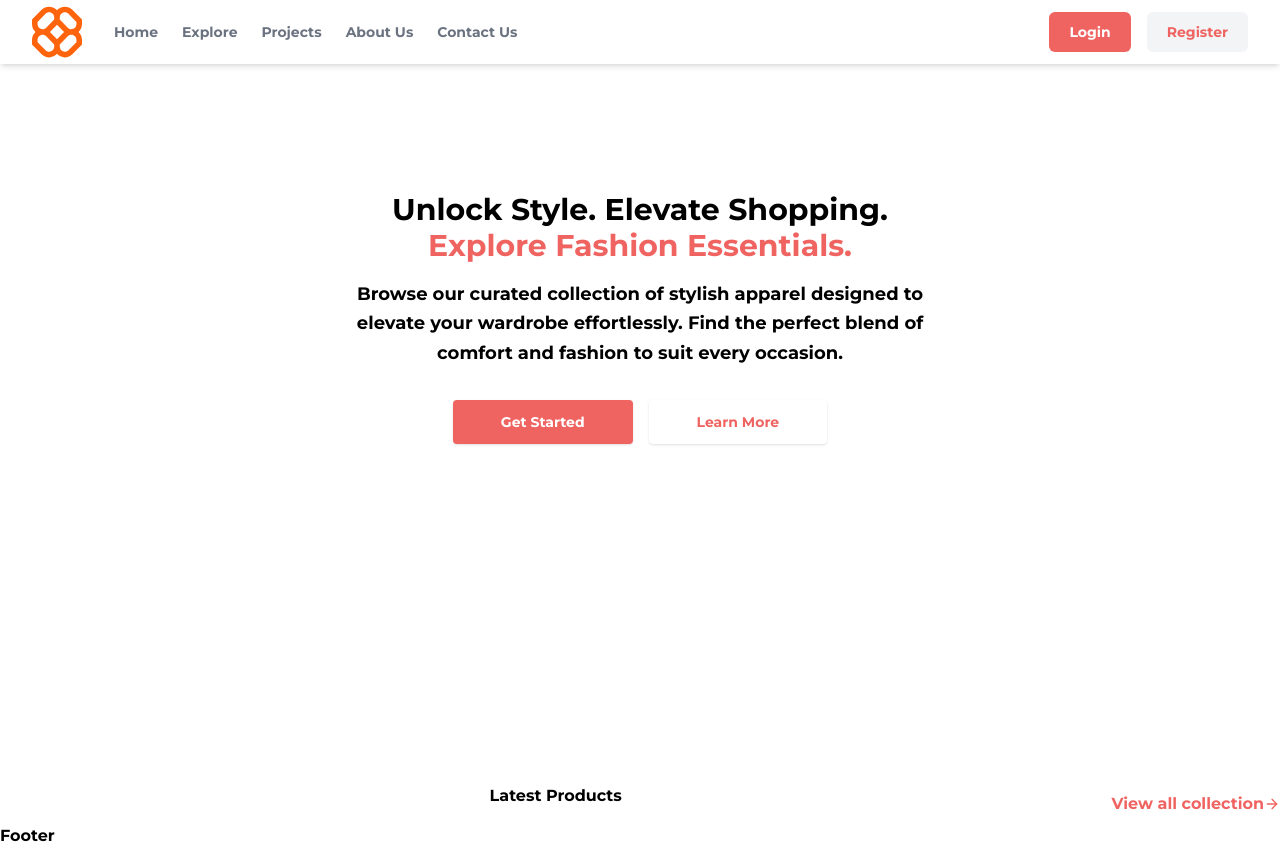
Repository: YahiaSala7/E-commerce-Project
Page: / (app in ecommerce/)
An editor plug-in stored every save of this project. The page is shown before and after the next save, followed by the edit.
The browser window is 1280 px wide. The pictures show the whole page.
The page's requests for data from a server got no answer. The project was rebuilt for these pictures with package versions that can differ from the ones it lists, and the page was loaded fresh each time. The framework's server and built-in components were replaced by stand-ins that run in the browser. No one was signed in, and anything a server would have sent is missing. Also part of the build but not shown: ecommerce/next.config.mjs, ecommerce/app/_Components/ProductItem.jsx.

Above is the page before, as saved 2024-07-26 02:09:46.

### ecommerce/app/layout.js
import { Montserrat } from "next/font/google";
import "./globals.css";
import Header from "./_Components/Header";
import Footer from "./_Components/Footer";

const inter = Montserrat({ subsets: ["latin"], weight: "700" });

export const metadata = {
  title: "Create Next App",
  description: "Generated by create next app",
};

export default function RootLayout({ children }) {
  return (
    <html lang="en">
      <body className={inter.className}>
        <Header />
        {children}
        <Footer />
      </body>
    </html>
  );
}

### ecommerce/app/page.js
import Image from "next/image";
import Hero from "./_Components/Hero";
import ProductsSection from "./_Components/ProductsSection";

export default function Home() {
  return (
    <div className="home">
      <Hero />
      <ProductsSection />
    </div>
  );
}

### ecommerce/app/globals.css
@tailwind base;
@tailwind components;
@tailwind utilities;

:root {
  /* --foreground-rgb: 0, 0, 0; */
  /* --background-start-rgb: 214, 219, 220;
  --background-end-rgb: 255, 255, 255; */
}

@media (prefers-color-scheme: dark) {
  :root {
    /* --foreground-rgb: 0, 0, 0; */
    /* --background-start-rgb: 0, 0, 0;
    --background-end-rgb: 0, 0, 0; */
  }
}

body {
  color: rgb(var(--foreground-rgb));
  background: linear-gradient(
      to bottom,
      transparent,
      rgb(var(--background-end-rgb))
    )
    rgb(var(--background-start-rgb));
}

@layer utilities {
  .text-balance {
    text-wrap: balance;
  }
}

### ecommerce/app/_Components/Header.jsx
import React from "react";
function Header() {
  return (
    <header className="bg-white shadow-md">
      <div className=" flex h-16 max-w-screen-xl items-center gap-8 container mx-auto px-4 sm:px-6 lg:px-8">
        <img src="/logo.svg" width={"50px"} height={"50px"} />

        <div className="flex flex-1 items-center justify-end md:justify-between">
          <nav aria-label="Global" className="hidden md:block">
            <ul className="flex items-center gap-6 text-sm">
              <li>
                <a
                  className="text-gray-500 transition hover:text-gray-500/75"
                  href="#">
                  {" "}
                  Home{" "}
                </a>
              </li>

              <li>
                <a
                  className="text-gray-500 transition hover:text-gray-500/75"
                  href="#">
                  {" "}
                  Explore{" "}
                </a>
              </li>

              <li>
                <a
                  className="text-gray-500 transition hover:text-gray-500/75"
                  href="#">
                  {" "}
                  Projects{" "}
                </a>
              </li>

              <li>
                <a
                  className="text-gray-500 transition hover:text-gray-500/75"
                  href="#">
                  {" "}
                  About Us{" "}
                </a>
              </li>

              <li>
                <a
                  className="text-gray-500 transition hover:text-gray-500/75"
                  href="#">
                  {" "}
                  Contact Us{" "}
                </a>
              </li>
            </ul>
          </nav>

          <div className="flex items-center gap-4">
            <div className="sm:flex sm:gap-4">
              <a
                className="block rounded-md bg-primary px-5 py-2.5 text-sm font-medium text-white transition hover:bg-secondary "
                href="#">
                Login
              </a>

              <a
                className="hidden rounded-md bg-gray-100 px-5 py-2.5 text-sm font-medium text-primary transition hover:text-secondary sm:block"
                href="#">
                Register
              </a>
            </div>

            <button className="block rounded bg-gray-100 p-2.5 text-gray-600 transition hover:text-gray-600/75 md:hidden">
              <span className="sr-only">Toggle menu</span>
              <svg
                xmlns="http://www.w3.org/2000/svg"
                className="h-5 w-5"
                fill="none"
                viewBox="0 0 24 24"
                stroke="currentColor"
                strokeWidth="2">
                <path
                  strokeLinecap="round"
                  strokeLinejoin="round"
                  d="M4 6h16M4 12h16M4 18h16"
                />
              </svg>
            </button>
          </div>
        </div>
      </div>
    </header>
  );
}

export default Header;

### ecommerce/app/_Components/Hero.jsx
import React from "react";

function Hero() {
  return (
    <section className="">
      <div className="mx-auto max-w-screen-xl px-4 py-32 lg:flex lg:h-screen">
        <div className="mx-auto max-w-xl text-center">
          <h1 className="text-2xl font-extrabold sm:text-3xl ">
            Unlock Style. Elevate Shopping.
            <strong className="font-extrabold text-primary sm:block">
              {" "}
              Explore Fashion Essentials.{" "}
            </strong>
          </h1>

          <p className="mt-4 sm:text-[18px]/relaxed">
            Browse our curated collection of stylish apparel designed to elevate
            your wardrobe effortlessly. Find the perfect blend of comfort and
            fashion to suit every occasion.
          </p>

          <div className="mt-8 flex flex-wrap justify-center gap-4">
            <a
              className="block w-full rounded bg-primary px-12 py-3 text-sm font-medium text-white shadow hover:bg-secondary focus:outline-none focus:ring active:bg-red-500 sm:w-auto"
              href="#">
              Get Started
            </a>

            <a
              className="block w-full rounded px-12 py-3 text-sm font-medium text-primary shadow hover:text-secondary focus:outline-none focus:ring active:text-red-500 sm:w-auto"
              href="#">
              Learn More
            </a>
          </div>
        </div>
      </div>
    </section>
  );
}

export default Hero;

### ecommerce/app/_Components/ProductsSection.jsx
import React from "react";
import LatestProducts from "./LatestProducts";
import { ArrowRight } from "lucide-react";

function ProductsSection() {
  return (
    <>
      <div className="latest-products flex justify-between items-center">
        <h2 className="mx-auto px-4 sm:px-6 lg:px-8 pb-4">Latest Products</h2>
        <h4 className="text-primary flex justify-between items-center">
          View all collection <ArrowRight className="w-4 h-4 text-primary" />{" "}
        </h4>
      </div>
      <LatestProducts />
    </>
  );
}

export default ProductsSection;

### ecommerce/app/_Components/LatestProducts.jsx
"use client";
import React, { useEffect, useState } from "react";
import ProdcutApis from "../_utils/ProdcutApis";
import ProductItem from "./ProductItem";

function LatestProducts() {
  const [latestProducts, setLatestProducts] = useState([]);
  useEffect(() => {
    getLatestProducts_();
  }, []);
  const getLatestProducts_ = () => {
    ProdcutApis.getLatestProducts().then((res) => {
      setLatestProducts(res.data.data);
    });
  };

  return (
    <div className="grid grid-cols-2 sm:grid-col-3 md:grid-cols-4 gap-3 mx-auto px-4 sm:px-6 lg:px-8">
      {latestProducts?.map((product) => (
        <ProductItem key={product.id} product={product} />
      ))}
    </div>
  );
}

export default LatestProducts;

### ecommerce/app/_utils/ProdcutApis.js
const { default: dataFetching } = require("./dataFetching");

const getLatestProducts = () => dataFetching.get("/products?populate=*");

export default {
  getLatestProducts,
};

### ecommerce/app/_utils/dataFetching.js
const { default: axios } = require("axios");

const apiKey = process.env.NEXT_PUBLIC_REST_API_KEY;
const baseUrl = "http://localhost:1337/api";

const dataFetching = axios.create({
  baseURL: baseUrl,
  headers: {
    Authorization: `Bearer ${apiKey}`,
  },
});

export default dataFetching;

### ecommerce/tailwind.config.js
/** @type {import('tailwindcss').Config} */
module.exports = {
  content: [
    "./pages/**/*.{js,ts,jsx,tsx,mdx}",
    "./components/**/*.{js,ts,jsx,tsx,mdx}",
    "./app/**/*.{js,ts,jsx,tsx,mdx}",
  ],
  theme: {
    extend: {
      backgroundImage: {
        "gradient-radial": "radial-gradient(var(--tw-gradient-stops))",
        "gradient-conic":
          "conic-gradient(from 180deg at 50% 50%, var(--tw-gradient-stops))",
      },
      colors: {
        primary: "#EF6461",
        secondary: " #B83D3A",
      },
    },
  },
  plugins: [],
};

Loaded but not shown: ecommerce/app/_Components/Footer.jsx (common file)

After the next save:
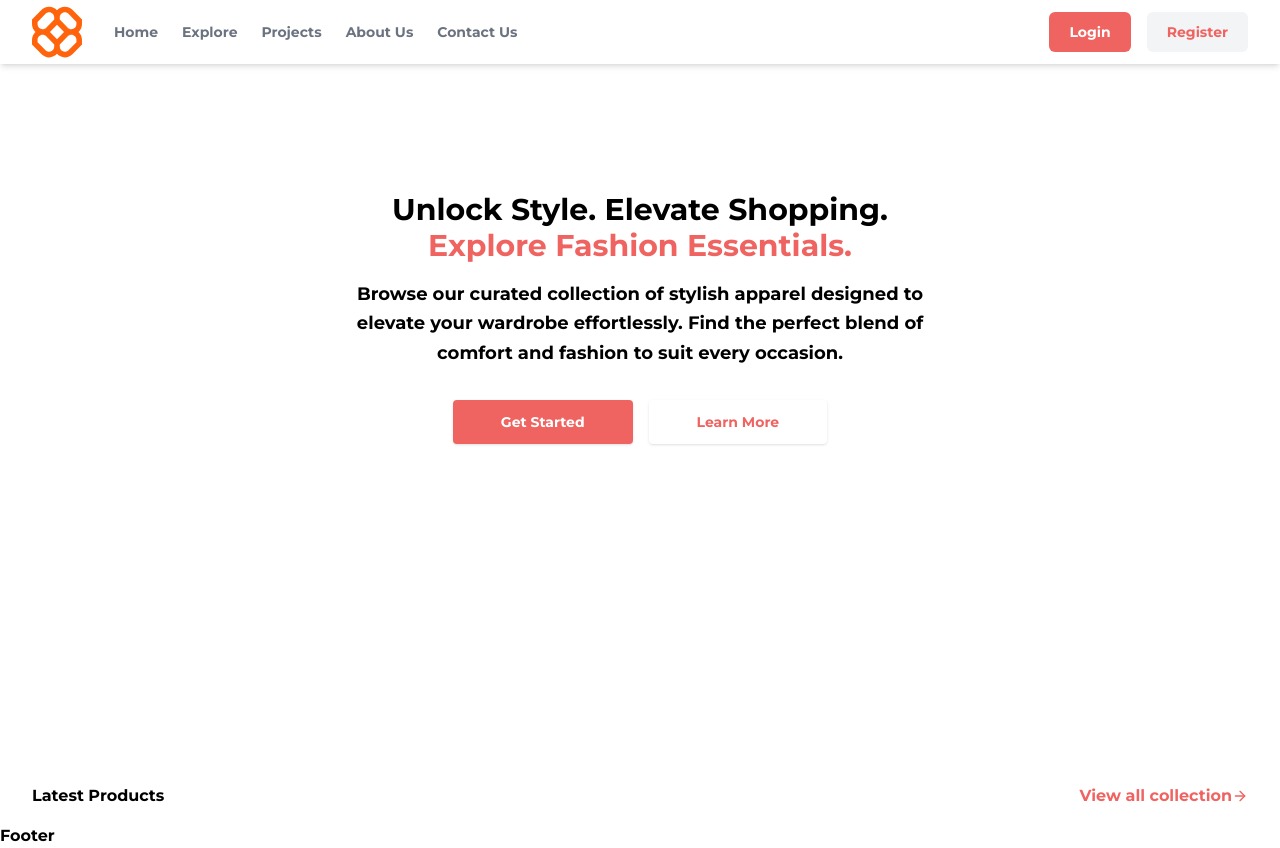
Saved 39 s later.
--- a/ecommerce/app/_Components/ProductsSection.jsx
+++ b/ecommerce/app/_Components/ProductsSection.jsx
@@ -5,8 +5,8 @@ import { ArrowRight } from "lucide-react";
 function ProductsSection() {
   return (
     <>
-      <div className="latest-products flex justify-between items-center">
-        <h2 className="mx-auto px-4 sm:px-6 lg:px-8 pb-4">Latest Products</h2>
+      <div className="latest-products flex justify-between items-center mx-auto px-4 sm:px-6 lg:px-8 pb-4">
+        <h2 className="">Latest Products</h2>
         <h4 className="text-primary flex justify-between items-center">
           View all collection <ArrowRight className="w-4 h-4 text-primary" />{" "}
         </h4>
